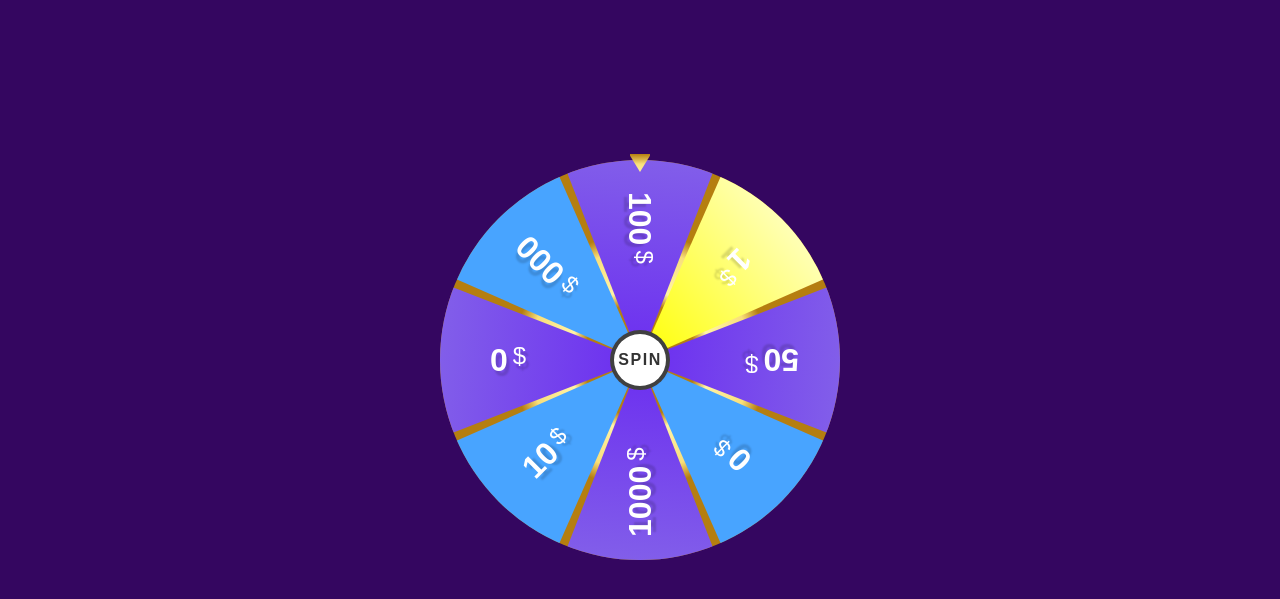
Repository: Jacques-Jaki-Morkel/FundedMarketplace_WheelofFortune
Page: index.html
An editor plug-in stored every save of this project. The page is shown before and after a run of saves, followed by the edit.
The browser window is 1280 px wide. The pictures show the whole page.

Above is the page before, as saved 2025-08-14 13:32:30.

After the next 2 saves:
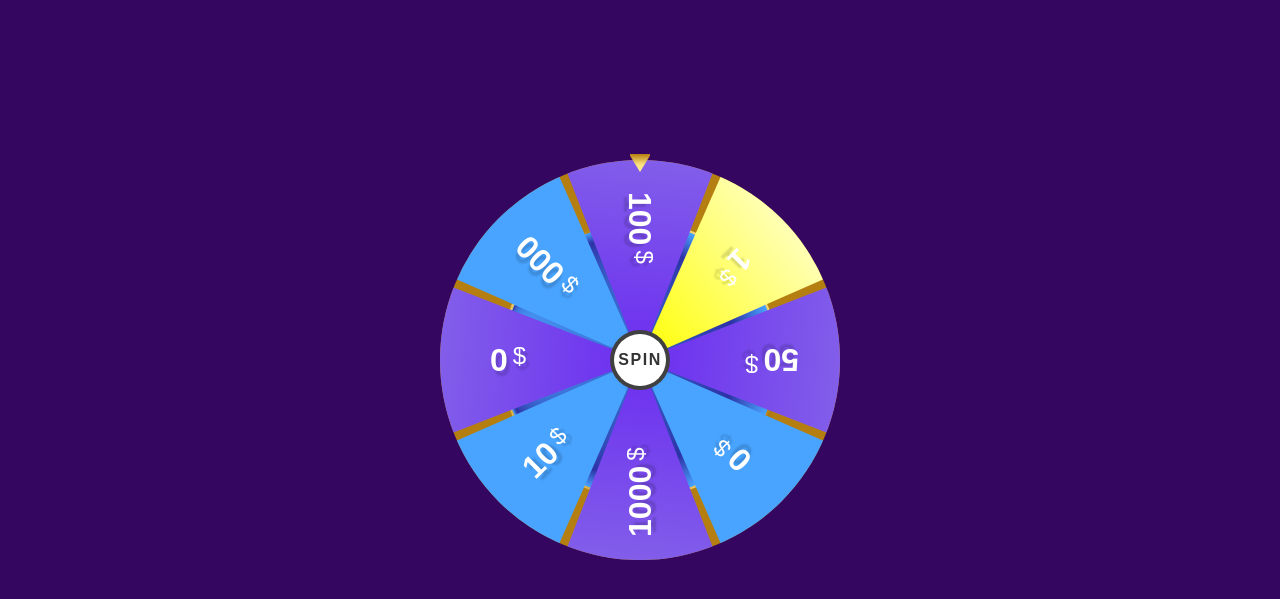
The 2 saves are shown as one change because they came seconds apart.
The last was saved 77 s later.
--- a/index.html
+++ b/index.html
@@ -13,8 +13,8 @@
         <div class="spinBtn">
             SPIN
         </div>
-        <img class="wheel-frame" src="assets/rings.svg" alt="wheel rings">
         <div class="wheel">
+            <img class="wheel-frame" src="assets/rings.svg" alt="wheel rings">
             <div class="number" style=" --i:1 ;">
                 <span>100</span>
             </div>

After the 2 saves that followed:
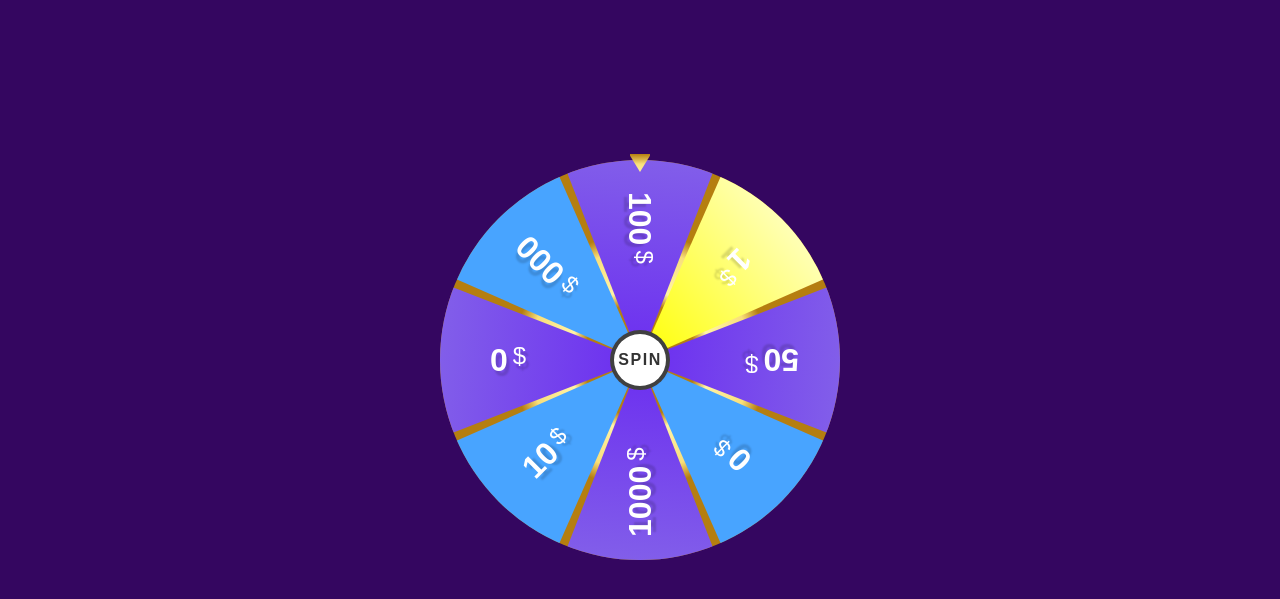
The 2 saves are shown as one change because 1 left the picture as it was.
The last was saved 98 s later.
--- a/index.html
+++ b/index.html
@@ -13,8 +13,8 @@
         <div class="spinBtn">
             SPIN
         </div>
+        <img class="wheel-frame" src="assets/rings.svg" alt="wheel rings">
         <div class="wheel">
-            <img class="wheel-frame" src="assets/rings.svg" alt="wheel rings">
             <div class="number" style=" --i:1 ;">
                 <span>100</span>
             </div>
--- a/styles.css
+++ b/styles.css
@@ -66,6 +66,7 @@ body {
         0 0 0 31px rgba(249, 223, 123, 0.7);
          */
 }
+
 .wheel-frame {
     position: absolute;
     top: 0;
